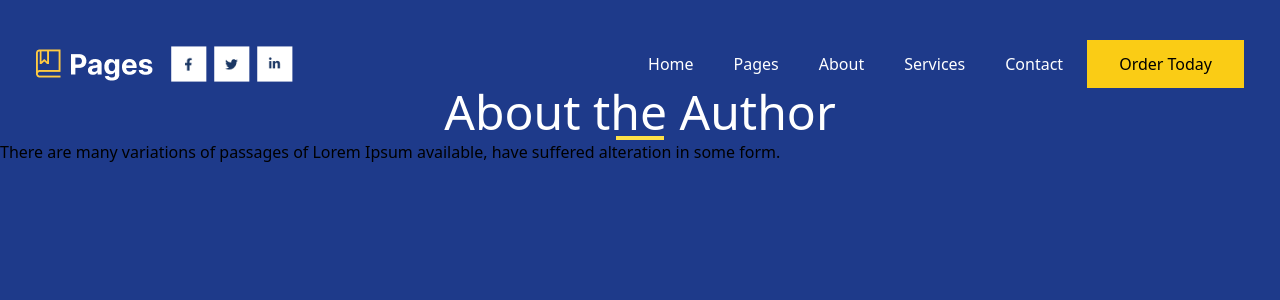
Repository: Godnorg/Class3
Page: index.html
The author's editor kept a copy of each file at every save. The page is drawn from the files as they stood at one save, then again after the next save.
The browser window is 1280 px wide. The pictures show the whole page.
Some web libraries are served in a nearby version.

Above is the page before, as saved 2023-02-18 00:52:59.

### index.html
<!DOCTYPE html>
<html lang="en">
<head>
    <meta charset="UTF-8">
    <meta http-equiv="X-UA-Compatible" content="IE=edge">
    <meta name="viewport" content="width=device-width, initial-scale=1.0">
    <title>Class3</title>
    <script src="https://cdn.tailwindcss.com"></script>
</head>
<body class="w-full bg-blue-900">
<div class="flex items-center justify-between w-full pt-10 mx-auto px-9 max-w-7xl">
    <div class="flex gap-4 ">
    <img src="./Logo.png">
    <img src="./soc-icons.png" class="h-9">
    </div>
    <div class="flex gap-6">
        <ul class="flex items-center gap-10 text-white">
            <li><a href="#">Home</a></li>
            <li><a href="#">Pages</a></li>
            <li><a href="#">About</a></li>
            <li><a href="#">Services</a></li>
            <li><a href="#">Contact</a></li>
        </ul>
        <button class="px-8 py-3 mx-auto bg-yellow-400 font-sans-serif">Order Today</button>
    </div>
    </div>
    <h1 class="items-center text-5xl text-center text-white pt-37">About the Author</h1>
        <div
            class="items-center w-12 h-1 mx-auto text-center bg-yellow-300">
        </div>
        <p>There are many variations of passages of Lorem Ipsum available, have suffered alteration in some form.</p>


</body>
</html>

After the next save:
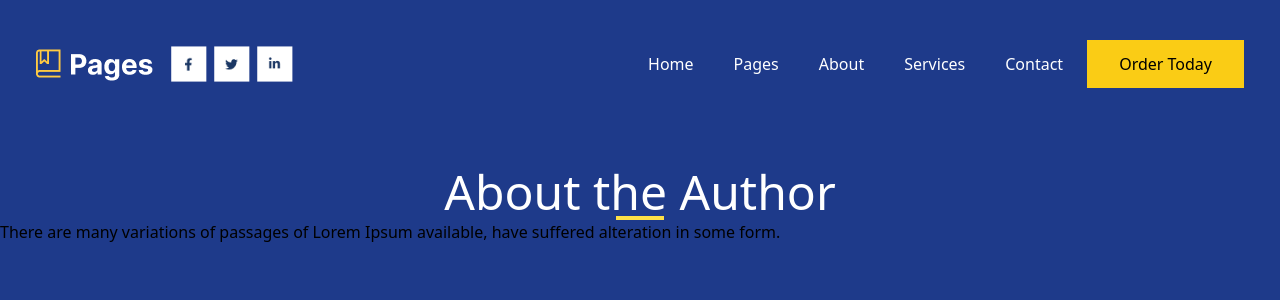
Saved 5 s later.
--- a/index.html
+++ b/index.html
@@ -24,7 +24,7 @@
         <button class="px-8 py-3 mx-auto bg-yellow-400 font-sans-serif">Order Today</button>
     </div>
     </div>
-    <h1 class="items-center text-5xl text-center text-white pt-37">About the Author</h1>
+    <h1 class="items-center pt-20 text-5xl text-center text-white">About the Author</h1>
         <div
             class="items-center w-12 h-1 mx-auto text-center bg-yellow-300">
         </div>
